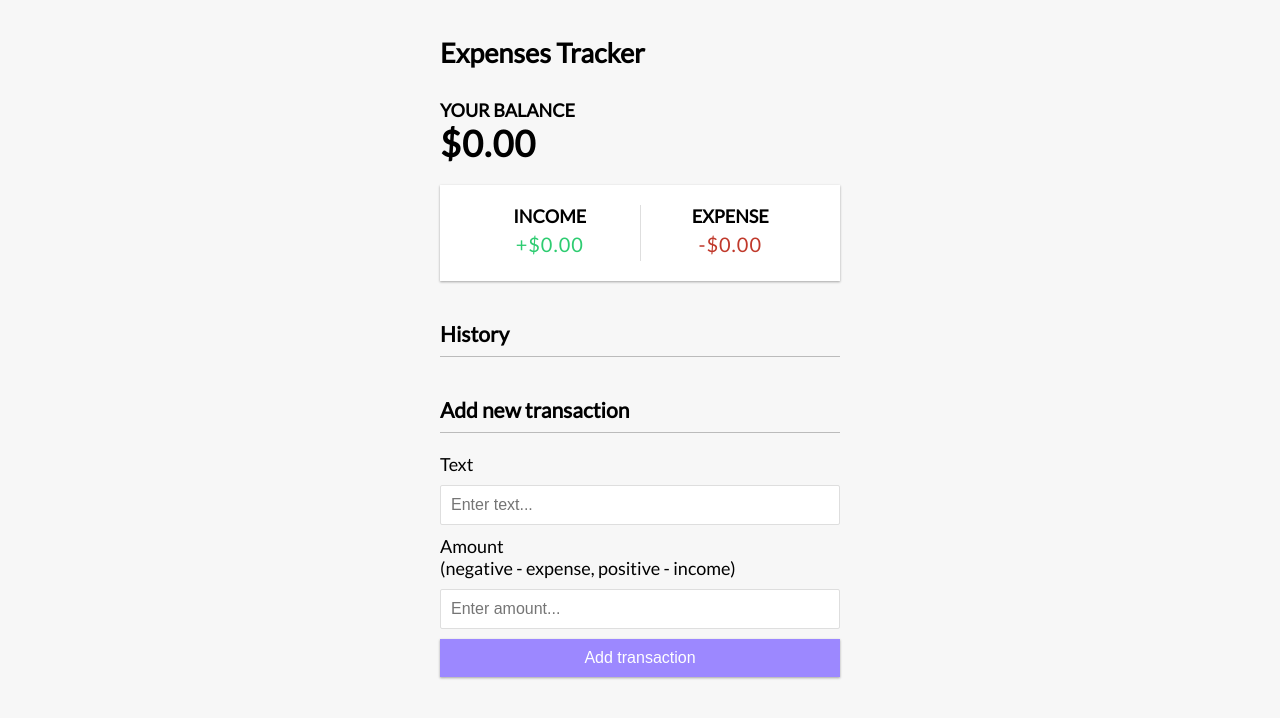
Repository: AyushMahatara/VUE-expense-tracker-app
Page: /
An editor plug-in stored every save of this project. The page is shown before and after the next save, followed by the edit.
The browser window is 1280 px wide. The pictures show the whole page.
The project was rebuilt for these pictures with package versions that can differ from the ones it lists, and the page was loaded fresh each time. Also part of the build but not shown: vite.config.js.

Above is the page before, as saved 2023-12-29 14:19:31.

After the next save:
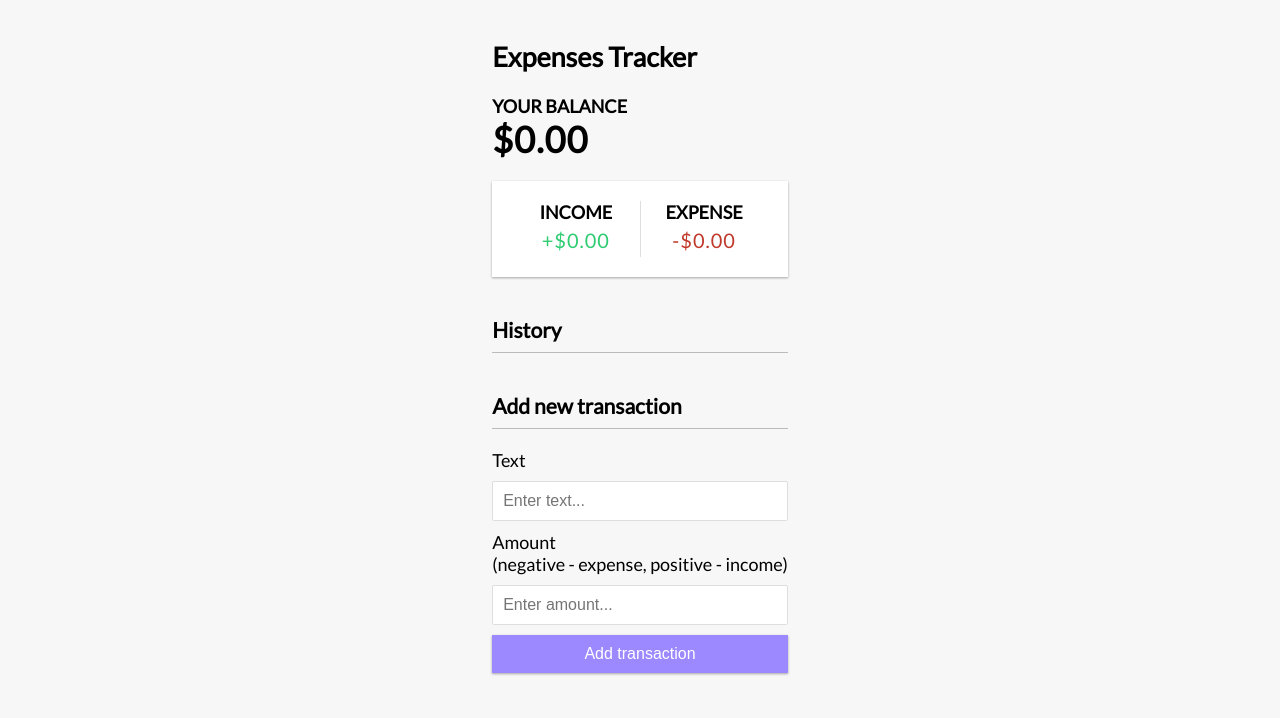
Saved 57 s later.
--- a/src/components/Balance.vue
+++ b/src/components/Balance.vue
@@ -1,17 +1,15 @@
 <template>
-  <div class="container">
-    <h4>Your Balance</h4>
-    <h1 id="balance">$0.00</h1>
+  <h4>Your Balance</h4>
+  <h1 id="balance">$0.00</h1>
 
-    <div class="inc-exp-container">
-      <div>
-        <h4>Income</h4>
-        <p id="money-plus" class="money plus">+$0.00</p>
-      </div>
-      <div>
-        <h4>Expense</h4>
-        <p id="money-minus" class="money minus">-$0.00</p>
-      </div>
+  <div class="inc-exp-container">
+    <div>
+      <h4>Income</h4>
+      <p id="money-plus" class="money plus">+$0.00</p>
+    </div>
+    <div>
+      <h4>Expense</h4>
+      <p id="money-minus" class="money minus">-$0.00</p>
     </div>
   </div>
 </template>

After the save that followed:
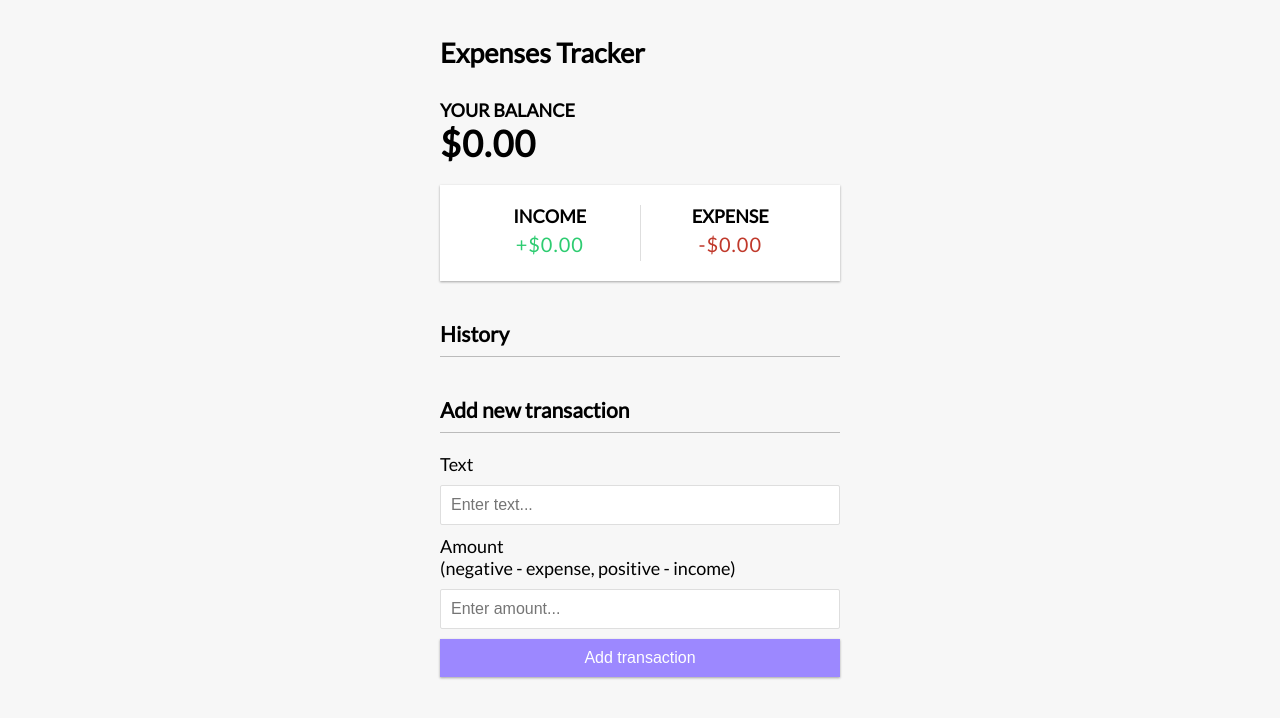
Saved 5 s later.
--- a/src/App.vue
+++ b/src/App.vue
@@ -1,8 +1,10 @@
 <template>
   <Header />
-  <Balance />
-  <IncomeExpenses />
-  <AddTransaction />
+  <div class="container">
+    <Balance />
+    <IncomeExpenses />
+    <AddTransaction />
+  </div>
 </template>
 
 <script setup>
